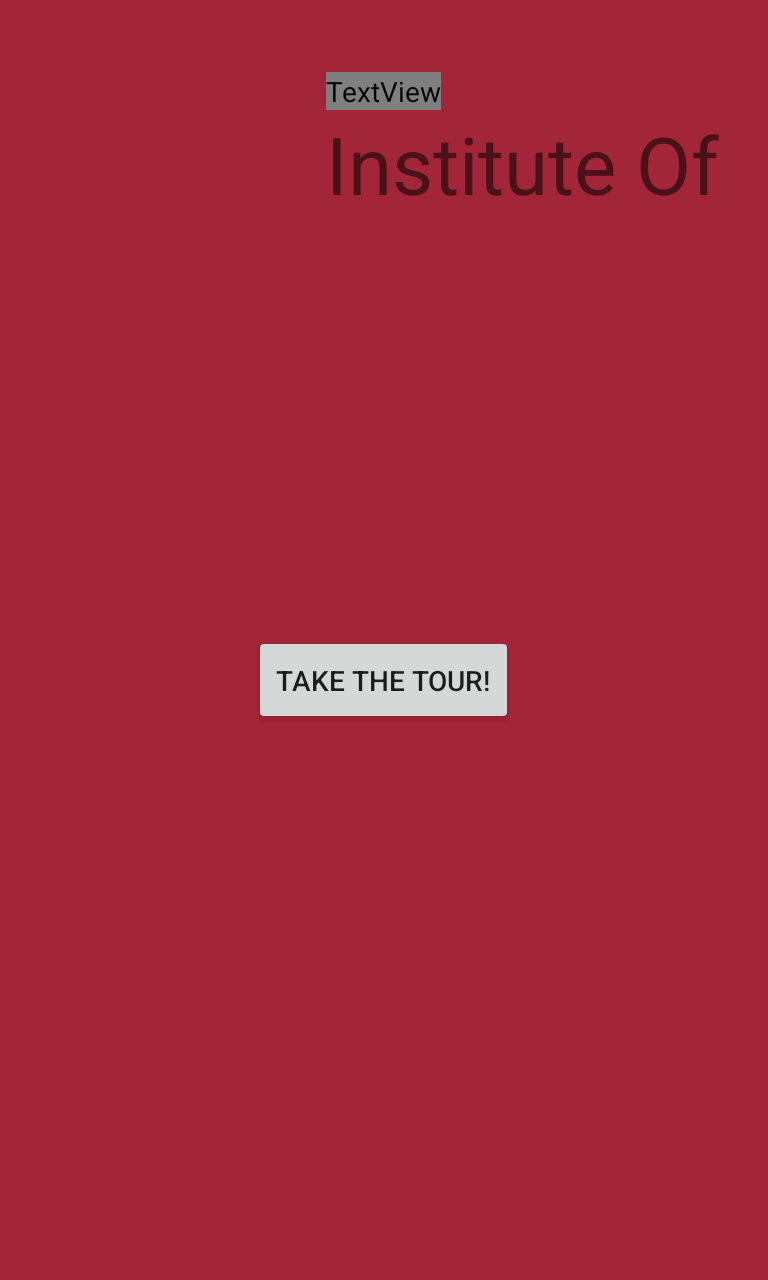
Repository: Klyros/StevensTourApp
Layout: StevensTourApp/res/layout/activity_home_screen.xml
These files come from the project's save history. The layout is drawn as it stood at one moment and after the next save; the edit follows.
Pictures or frames that could not be fetched are drawn as grey boxes. It is drawn on a 768 x 1280 px phone screen (xhdpi) without system bars, with theme AppTheme; the app's code is not run.

Above is the layout before, as saved 2014-08-23 22:49:36.

### StevensTourApp/res/layout/activity_home_screen.xml
<RelativeLayout xmlns:android="http://schemas.android.com/apk/res/android"
    xmlns:tools="http://schemas.android.com/tools"
    android:layout_width="match_parent"
    android:layout_height="match_parent"
    android:paddingBottom="@dimen/activity_vertical_margin"
    android:paddingLeft="@dimen/activity_horizontal_margin"
    android:paddingRight="@dimen/activity_horizontal_margin"
    android:paddingTop="@dimen/activity_vertical_margin"
    tools:context="edu.stevens.stevenstourapp.HomeScreen" >



    <Button
        android:id="@+id/btnTour"
        android:layout_width="wrap_content"
        android:layout_height="wrap_content"
        android:layout_below="@+id/editText1"
        android:layout_centerHorizontal="true"
        android:layout_marginTop="300dp"
        android:text="Take the Tour!" />

    <TextView
        android:id="@+id/stevensTitle"
        android:layout_width="wrap_content"
        android:layout_height="wrap_content"
        android:layout_alignParentTop="true"
        android:layout_centerHorizontal="true"
		android:textSize="80sp"
		android:fontFamily="Angleterre Book"
        android:layout_marginTop="20dp"
        android:text="Stevens" />

        <TextView
            android:id="@+id/stevensInstitute"
            android:layout_width="wrap_content"
            android:layout_height="wrap_content"
            android:layout_alignLeft="@+id/stevensTitle"
            android:layout_below="@+id/stevensTitle"
            android:textSize="40sp"
            android:text="Institute " />

        <TextView
            android:id="@+id/stevensOf"
            android:layout_width="wrap_content"
            android:layout_height="wrap_content"
            android:layout_alignBaseline="@+id/stevensInstitute"
            android:layout_alignBottom="@+id/stevensInstitute"
            android:layout_toRightOf="@+id/stevensInstitute"
            android:textSize="40sp"
            android:text="Of" />

</RelativeLayout>

### StevensTourApp/res/values/colors.xml
<?xml version="1.0" encoding="utf-8"?>
<resources>
    <color name="background">#A32638</color>
</resources>

Loaded but not shown: StevensTourApp/res/values/styles.xml (common file); StevensTourApp/res/values-v11/styles.xml (common file); StevensTourApp/res/values-v14/styles.xml (common file); StevensTourApp/res/values/dimens.xml (common file); StevensTourApp/res/values-w820dp/dimens.xml (common file)

After the next save:
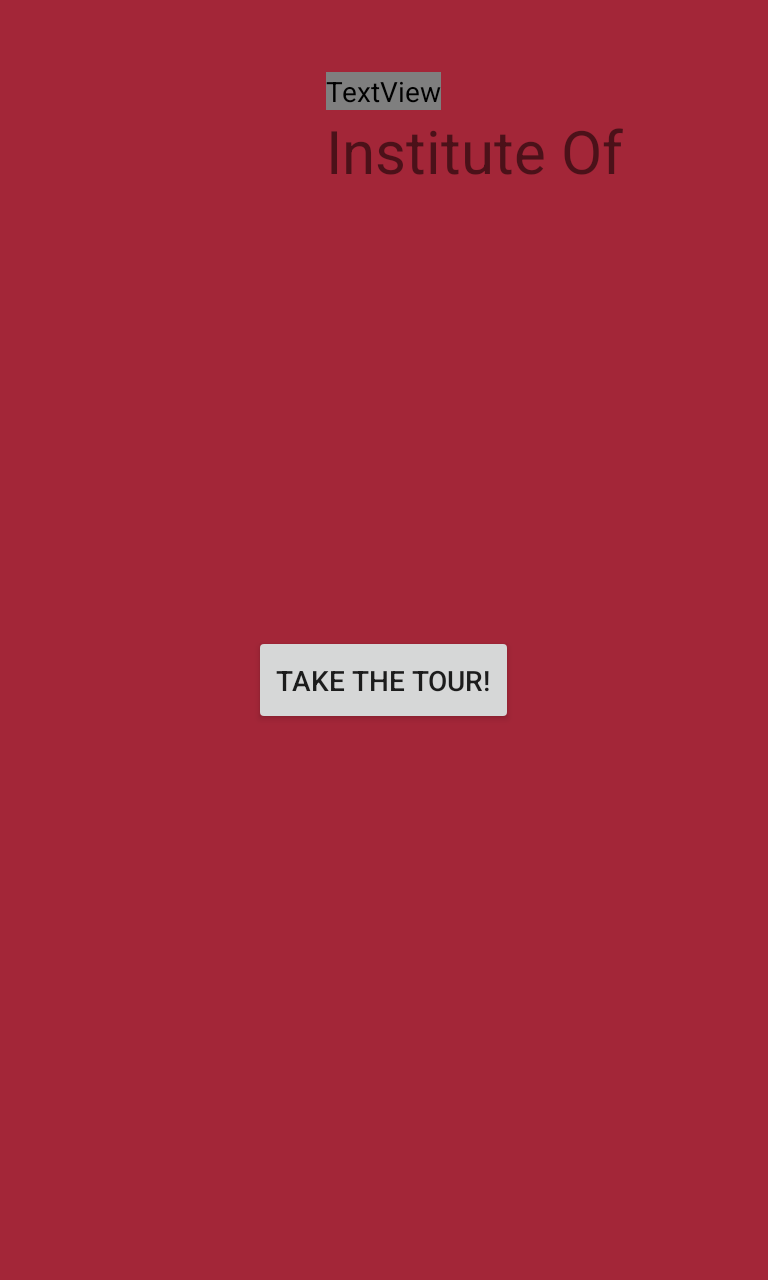
Saved 12 s later.
--- a/StevensTourApp/res/layout/activity_home_screen.xml
+++ b/StevensTourApp/res/layout/activity_home_screen.xml
@@ -36,7 +36,7 @@
             android:layout_height="wrap_content"
             android:layout_alignLeft="@+id/stevensTitle"
             android:layout_below="@+id/stevensTitle"
-            android:textSize="40sp"
+            android:textSize="30sp"
             android:text="Institute " />
 
         <TextView
@@ -46,7 +46,7 @@
             android:layout_alignBaseline="@+id/stevensInstitute"
             android:layout_alignBottom="@+id/stevensInstitute"
             android:layout_toRightOf="@+id/stevensInstitute"
-            android:textSize="40sp"
+            android:textSize="30sp"
             android:text="Of" />
 
 </RelativeLayout>
